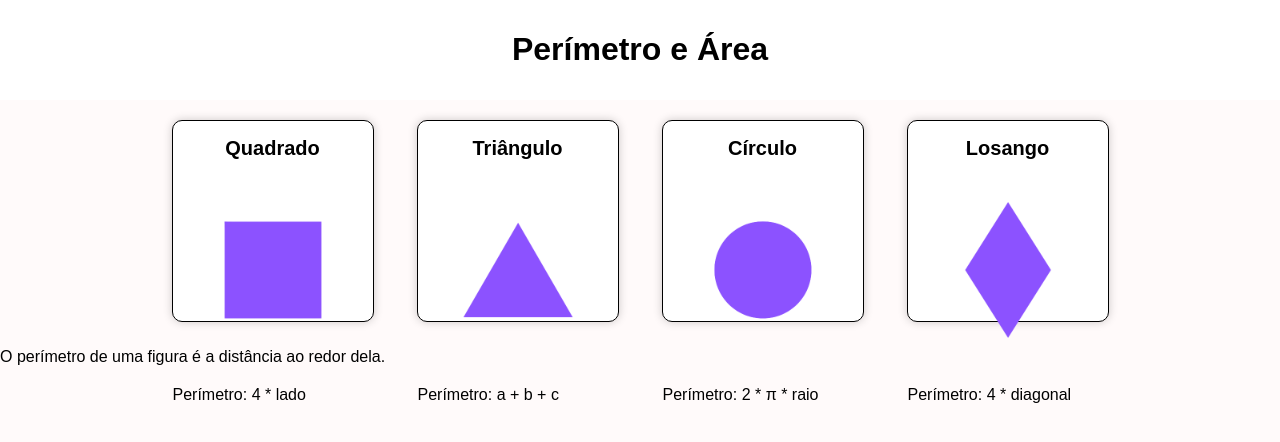
Repository: Matheus904-12/JAVASCRIPT
Page: index.html
These files come from the project's save history. The page is drawn as it stood at one moment and after the next save; the edit follows.
The browser window is 1280 px wide. The pictures show the whole page.

Above is the page before, as saved 2023-09-10 22:15:11.

After the next save:
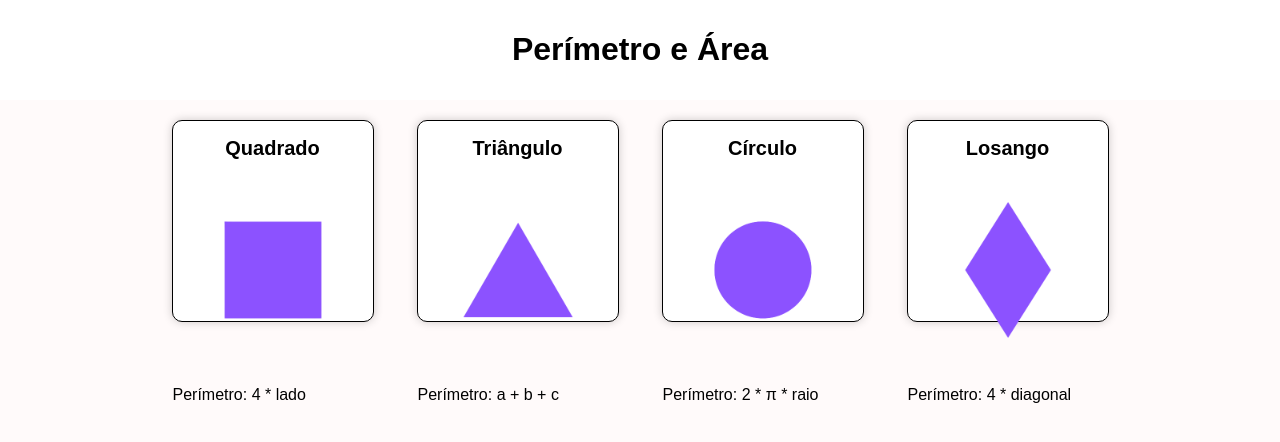
Saved 3 min 45 s later.
--- a/index.html
+++ b/index.html
@@ -34,20 +34,20 @@
       </div>
     </div>
   </main>
-  <footer>
-    <p>O perímetro de uma figura é a distância ao redor dela.</p>
-  </footer>
-  <div id="questions" style="display: none;">
+</footer>
+<div id="questions" style="display: none;">
+  <div class="question-box">
     <input type="text" id="question1" placeholder="Pergunta 1">
     <input type="text" id="question2" placeholder="Pergunta 2">
     <input type="button" value="Calcular" onclick="calculatePerimeter()">
   </div>
-  <div id="results" style="display: none;">
-    <h2>Resultados:</h2>
-    <p id="result1"></p>
-    <p id="result2"></p>
-  </div>
-  <script>
+</div>
+<div id="results" style="display: none;">
+  <h2>Resultados:</h2>
+  <p id="result1"></p>
+  <p id="result2"></p>
+</div>
+<script>
     var shape = '';
 
     function showQuestions(selectedShape) {
